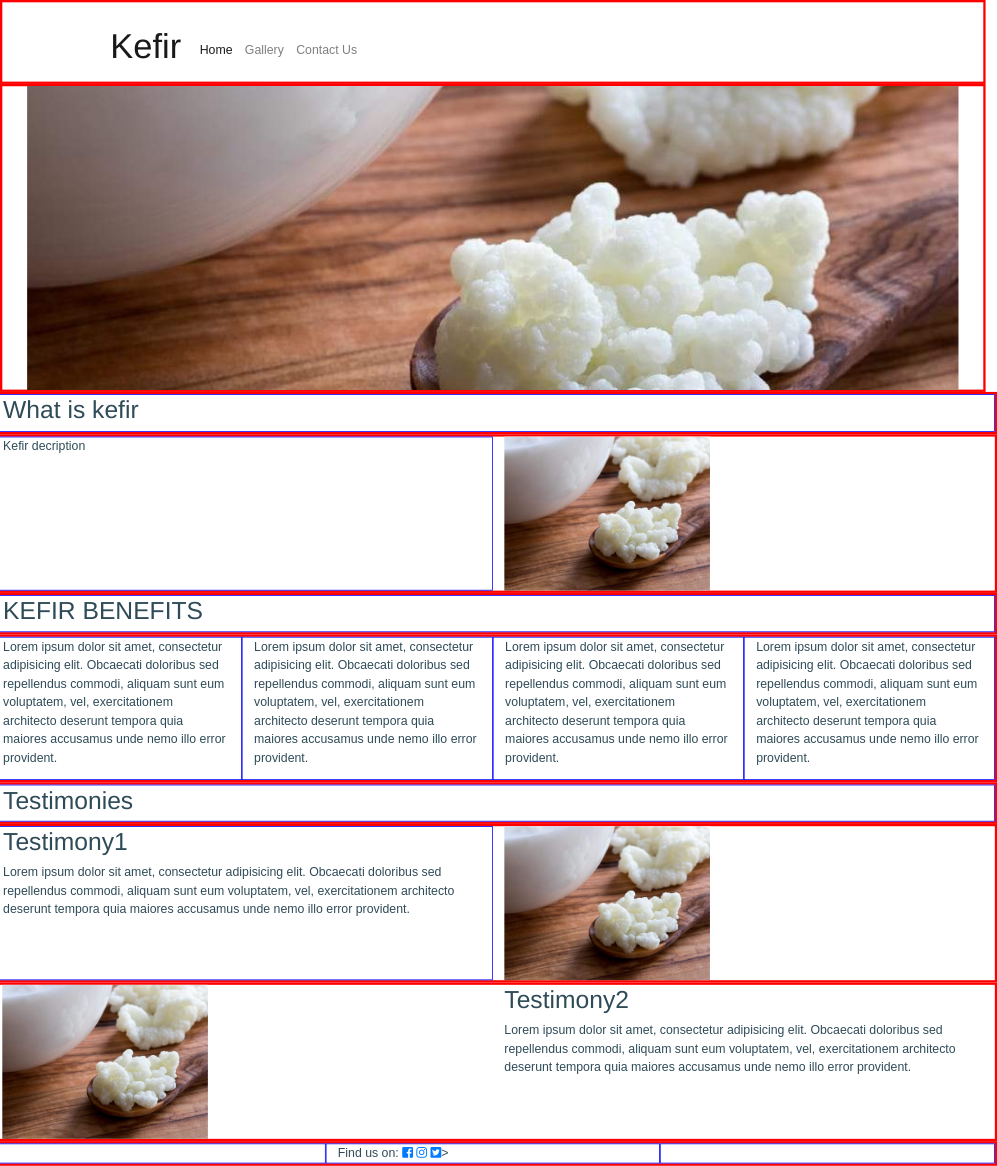
Repository: andna5980/kefir-web
Page: src/index.html
These files come from the project's save history. The page is drawn as it stood at one moment and after the next save; the edit follows.
The browser window is 1280 px wide. The page is 1295 px wide, so the pictures cover 1295 px, including what lies to the right of the window. The pictures show the whole page, at 77% of full size.
Some web fonts or font styles are not loaded; a fallback is used. Some web libraries are served in a nearby version.

Above is the page before, as saved 2021-02-28 12:52:19.

After the next save:
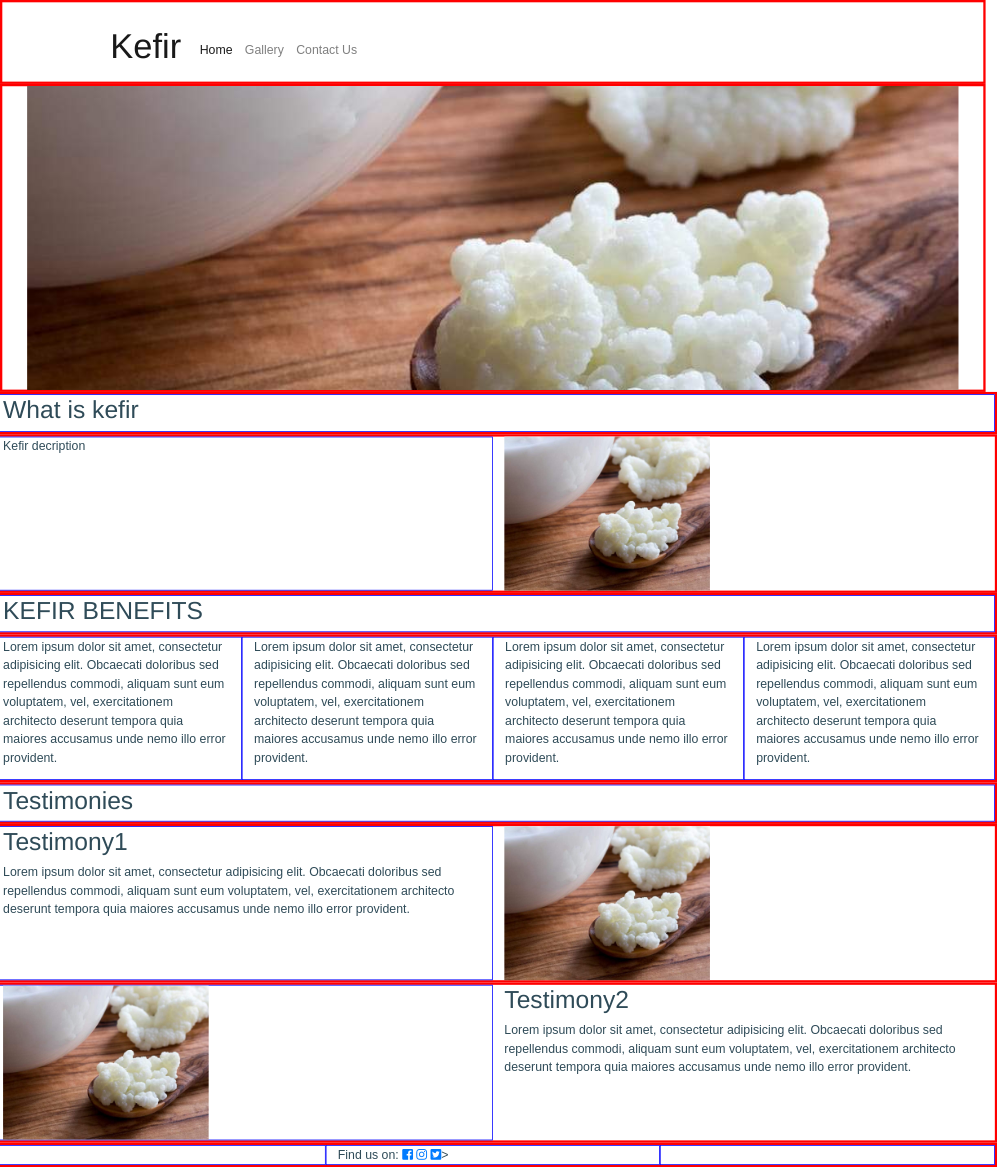
Saved 81 s later.
--- a/src/index.html
+++ b/src/index.html
@@ -127,7 +127,7 @@
     </div>
 
     <div class="test-red row">
-      <div class="col-12 col-sm-6">
+      <div class="test-blue col-12 col-sm-6">
         <img src="../src/assets/images/milk-kefir-grains-spoon_1024x1024.jpg" alt="kefir-products" height="200">
       </div>
       <div class="col-12 col-sm-6">
